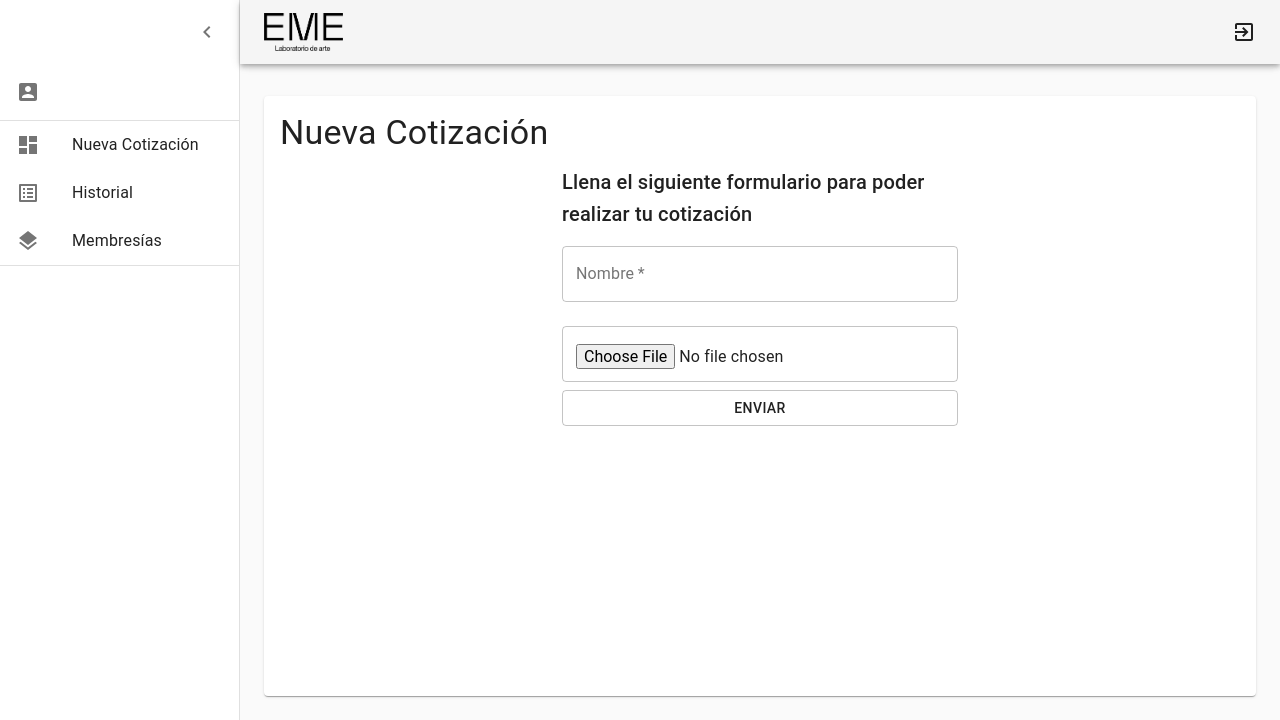
Repository: BrendaCarranco/eme-lab
Page: /Trabajo
These files come from the project's save history. The page is drawn as it stood at one moment and after the next save; the edit follows.
The browser window is 1280 px wide. The pictures show the whole page.
An inner scrolling area shows only its first screen. Some web libraries are served in a nearby version. The project was rebuilt for these pictures with package versions that can differ from the ones it lists, and the page was loaded fresh each time. Also part of the build but not shown: src/components/buildingPage/Building.js, src/temaConfig.js, src/components/buildingPage/Landing.js, src/components/login/Reset.js, src/components/Dashboard/Historial.js, src/components/Dashboard/Membresias.js, src/components/login/ModalPass.js, src/components/login/ModalRegister.js and 5 more. Imported but missing from the stored project, and not drawn on this page: src/components/Dashboard/PaymentForm.

Above is the page before, as saved 2020-08-28 19:43:34.

### public/index.html
<!DOCTYPE html>
<html lang="en">

<head>
  <meta charset="utf-8" />

  <meta name="viewport" content="width=device-width, initial-scale=1" />
  <meta name="theme-color" content="#000000" />
  <meta name="description" content="Web site created using create-react-app" />
  <link rel="icon" type="image/png" href="/eme-icon.png">


  </style>

  <!--
      manifest.json provides metadata used when your web app is installed on a
      user's mobile device or desktop. See https://developers.google.com/web/fundamentals/web-app-manifest/
    -->
  <link rel="manifest" href="%PUBLIC_URL%/manifest.json" />
  <!-- CSS only -->
  <link rel="stylesheet" href="https://stackpath.bootstrapcdn.com/bootstrap/4.5.2/css/bootstrap.min.css"
    integrity="sha384-JcKb8q3iqJ61gNV9KGb8thSsNjpSL0n8PARn9HuZOnIxN0hoP+VmmDGMN5t9UJ0Z" crossorigin="anonymous">

  <!--
      Notice the use of %PUBLIC_URL% in the tags above.
      It will be replaced with the URL of the `public` folder during the build.
      Only files inside the `public` folder can be referenced from the HTML.

      Unlike "/favicon.ico" or "favicon.ico", "%PUBLIC_URL%/favicon.ico" will
      work correctly both with client-side routing and a non-root public URL.
      Learn how to configure a non-root public URL by running `npm run build`.
    -->
  <title>EME Laboratorio de arte</title>
</head>

<body>
  <noscript>You need to enable JavaScript to run this app.</noscript>
  <div id="root"></div>
  <!--
      This HTML file is a template.
      If you open it directly in the browser, you will see an empty page.

      You can add webfonts, meta tags, or analytics to this file.
      The build step will place the bundled scripts into the <body> tag.

      To begin the development, run `npm start` or `yarn start`.
      To create a production bundle, use `npm run build` or `yarn build`.
    -->
  <!-- Compiled and minified JavaScript -->

  <script src="https://code.jquery.com/jquery-3.2.1.slim.min.js"
    integrity="sha384-KJ3o2DKtIkvYIK3UENzmM7KCkRr/rE9/Qpg6aAZGJwFDMVNA/GpGFF93hXpG5KkN"
    crossorigin="anonymous"></script>
  <script src="https://cdnjs.cloudflare.com/ajax/libs/popper.js/1.12.9/umd/popper.min.js"
    integrity="sha384-ApNbgh9B+Y1QKtv3Rn7W3mgPxhU9K/ScQsAP7hUibX39j7fakFPskvXusvfa0b4Q"
    crossorigin="anonymous"></script>
  <script src="https://maxcdn.bootstrapcdn.com/bootstrap/4.0.0/js/bootstrap.min.js"
    integrity="sha384-JZR6Spejh4U02d8jOt6vLEHfe/JQGiRRSQQxSfFWpi1MquVdAyjUar5+76PVCmYl"
    crossorigin="anonymous"></script>
</body>

</html>

### src/App.js
import React, { useEffect, useState, useContext } from 'react';
import { BrowserRouter, Switch, Route } from 'react-router-dom';
import { firebase } from './firebase';
import Building from './components/buildingPage/Building';
import Landing from './components/buildingPage/Landing';
import Reset from './components/login/Reset';
import Dashboard from './components/Dashboard/Dashboard';
import SignInSide from './components/login/SignInSide';
import Admin from './components/admin/Admin';

import { UserContext } from './context/UserProvider';
import NoMember from './components/Dashboard/NoMember';

function App() {

  const [firebaseUser, setFirebaseUser] = useState(null);
  const [fbName, setFbName] = useState('');
  const [fbMail, setFbMail] = useState('');
  const [usersFiles, setUsersFiles] = useState([]);


  const { userProvider } = useContext(UserContext);


  //Observador
  useEffect(() => {
    firebase.auth().onAuthStateChanged(user => {
      console.log(user);
      if (user) {
        setFbName(user.displayName);
        setFbMail(user.email);
        setFirebaseUser(user);
      } else {
        setFirebaseUser(null);
        return;
      }
    });
  }, [firebaseUser]);

  return (
    <BrowserRouter>
      <Switch>
        <Route exact path='/'>
          <Landing />
        </Route>
        {/*
        <Route path='/admin'>
          <Admin usersFiles={usersFiles} />
        </Route> */}

        <Route path='/dashboard'>

          {
            userProvider.role === 'Admin' && <Admin usersFiles={usersFiles} />
          }
          {
            userProvider.role === 'Miembro' && <Dashboard firebaseUser={firebaseUser} setUsersFiles={setUsersFiles} usersFiles={usersFiles} fbMail={fbMail} />
          }
          {
            userProvider.role === 'Invitado' && <NoMember />
          }



        </Route>

        <Route path='/signin'>
          <SignInSide />
        </Route>

        <Route path='/Admin'>
          <Admin />
        </Route>

        <Route path='/Trabajo'>
          <Dashboard />
        </Route>



      </Switch>
    </BrowserRouter>
  );
}

export default App;

### src/context/UserProvider.js
import React, { createContext, useEffect } from 'react';
import { useState } from 'react';
import { firebase } from '../firebase';

export const UserContext = createContext();

const UserProvider = (props) => {

    const dataInitialUser = {
        email: null,
        uid: null,
        role: 'Invitado',
        displayName: null
    };

    const [userProvider, setUserProvider] = useState(dataInitialUser);


    useEffect(() => {
        detectUser();
    }, []);

    const detectUser = () => {
        firebase.auth().onAuthStateChanged(user => {
            if (user) {
                console.log(user, 'user provider');
                user.getIdTokenResult()
                    .then(idTokenResult => {
                        console.log(idTokenResult, 'token');
                        if (!!idTokenResult.claims.Admin) {
                            console.log('es admin');
                            setUserProvider({
                                email: user.email,
                                uid: user.uid,
                                displayName: user.displayName,
                                role: 'Admin'

                            });
                        } else if (!!idTokenResult.claims.Member) {
                            console.log('es miembro');
                            setUserProvider({
                                email: user.email,
                                uid: user.uid,
                                displayName: user.displayName,
                                role: 'Miembro'
                            });
                        } else {
                            console.log('es invitado');
                            setUserProvider({
                                email: user.email,
                                uid: user.uid,
                                displayName: user.displayName,
                                role: 'Invitado'

                            });
                        }
                    }
                    );

            } else {
                console.log(user, 'user provider null');
            }
        });
    };

    const userRegister = async (email, password, name) => {
        try {
            const res = await firebase.auth().createUserWithEmailAndPassword(email, password);
            const collection = await firebase.firestore().collection('usuarios').doc(res.user.email).get();

            if (!collection.exists) {
                await firebase.firestore().collection('usuarios').doc(res.user.email).set({
                    email: res.user.email,
                    uid: res.user.uid,
                    role: 'Invitado',
                    displayName: name
                });
                let current = firebase.auth().currentUser;
                current.updateProfile({
                    displayName: name
                });

            }

        } catch (error) {
            console.log(error);
        }
        firebase.auth().signOut();
    };

    return (
        <UserContext.Provider value={{ userProvider, userRegister }} >
            {props.children}
        </UserContext.Provider>
    );
};

export default UserProvider;

### src/firebase.js
import firebase from 'firebase/app';
import 'firebase/auth';
import 'firebase/firestore';
import 'firebase/storage';
import 'firebase/functions';

const firebaseConfig = {
    apiKey: "AIzaSyB1b8DSEsphXC6iROi09Go8DnzwT9N6RYY",
    authDomain: "eme-lab.firebaseapp.com",
    databaseURL: "https://eme-lab.firebaseio.com",
    projectId: "eme-lab",
    storageBucket: "eme-lab.appspot.com",
    messagingSenderId: "906776180001",
    appId: "1:906776180001:web:939db4508539931fda3a60"
};
// Initialize Firebase
firebase.initializeApp(firebaseConfig);

export { firebase };

### src/components/Dashboard/Dashboard.js
import React, { useState, useContext } from 'react';
import { withRouter } from 'react-router-dom';
import { firebase } from '../../firebase';
import clsx from 'clsx';
import { makeStyles } from '@material-ui/core/styles';
import CssBaseline from '@material-ui/core/CssBaseline';
import Drawer from '@material-ui/core/Drawer';
import Box from '@material-ui/core/Box';
import AppBar from '@material-ui/core/AppBar';
import Toolbar from '@material-ui/core/Toolbar';
import List from '@material-ui/core/List';
import Typography from '@material-ui/core/Typography';
import Divider from '@material-ui/core/Divider';
import IconButton from '@material-ui/core/IconButton';
import Badge from '@material-ui/core/Badge';
import Container from '@material-ui/core/Container';
import Grid from '@material-ui/core/Grid';
import Paper from '@material-ui/core/Paper';
import Link from '@material-ui/core/Link';
import MenuIcon from '@material-ui/icons/Menu';
import ChevronLeftIcon from '@material-ui/icons/ChevronLeft';
import NotificationsIcon from '@material-ui/icons/Notifications';
import ExitToAppIcon from '@material-ui/icons/ExitToApp';
import CardMedia from '@material-ui/core/CardMedia';
import ListAltIcon from '@material-ui/icons/ListAlt';
import LayersIcon from '@material-ui/icons/Layers';
import DashboardIcon from '@material-ui/icons/Dashboard';
import AccountBoxIcon from '@material-ui/icons/AccountBox';
import ListItem from '@material-ui/core/ListItem';
import ListItemIcon from '@material-ui/core/ListItemIcon';
import ListItemText from '@material-ui/core/ListItemText';

import logoeme from '../../img/logoeme.png';
import Cotizacion from './Cotizacion.js';
import Historial from './Historial.js';
import Membresias from './Membresias.js';

import { UserContext } from '../../context/UserProvider';

function Copyright() {
  return (
    <Typography variant="body2" color="textSecondary" align="center">
      {'Copyright © '}
      <Link color="inherit" href="https://material-ui.com/">
        Eme-Lab
      </Link>{' '}
      {new Date().getFullYear()}
      {'.'}
    </Typography>
  );
}

const drawerWidth = 240;

const useStyles = makeStyles((theme) => ({
  root: {
    display: 'flex',
  },
  toolbar: {
    paddingRight: 24, // keep right padding when drawer closed
  },
  toolbarIcon: {
    display: 'flex',
    alignItems: 'center',
    justifyContent: 'flex-end',
    padding: '0 8px',
    ...theme.mixins.toolbar,
  },
  appBar: {
    zIndex: theme.zIndex.drawer + 1,
    transition: theme.transitions.create(['width', 'margin'], {
      easing: theme.transitions.easing.sharp,
      duration: theme.transitions.duration.leavingScreen,
    }),
  },
  appBarShift: {
    marginLeft: drawerWidth,
    width: `calc(100% - ${drawerWidth}px)`,
    transition: theme.transitions.create(['width', 'margin'], {
      easing: theme.transitions.easing.sharp,
      duration: theme.transitions.duration.enteringScreen,
    }),
  },
  menuButton: {
    marginRight: 36,
  },
  menuButtonHidden: {
    display: 'none',
  },
  grow: {
    flexGrow: 1,
  },
  drawerPaper: {
    position: 'relative',
    whiteSpace: 'nowrap',
    width: drawerWidth,
    transition: theme.transitions.create('width', {
      easing: theme.transitions.easing.sharp,
      duration: theme.transitions.duration.enteringScreen,
    }),
  },
  drawerPaperClose: {
    overflowX: 'hidden',
    transition: theme.transitions.create('width', {
      easing: theme.transitions.easing.sharp,
      duration: theme.transitions.duration.leavingScreen,
    }),
    width: theme.spacing(7),
    [theme.breakpoints.up('sm')]: {
      width: theme.spacing(9),
    },
  },
  appBarSpacer: theme.mixins.toolbar,
  content: {
    flexGrow: 1,
    height: '100vh',
    overflow: 'auto',
  },
  container: {
    paddingTop: theme.spacing(4),
    paddingBottom: theme.spacing(4),
  },
  paper: {
    padding: theme.spacing(2),
    display: 'flex',
    overflow: 'auto',
    flexDirection: 'column',
  },
  logo: {
    height: '3%',
    width: '8%',
  },
  fixedHeight: {
    height: 600,
  },
}));

const Dashboard = ({ firebaseUser, history, setUsersFiles, usersFiles, fbMail }) => {
  const classes = useStyles();
  const [open, setOpen] = useState(true);
  const [newCot, setNewCot] = useState(true);
  const [newHistory, setNewHistory] = useState(false);
  const [newMeber, setNewMember] = useState(false);

  const { userProvider } = useContext(UserContext);

  const userLogout = () => {
    firebase.auth().signOut();
    history.push('/signin');

    console.log('cerrando sesión');
  };

  const handleDrawerOpen = () => {
    setOpen(true);
  };
  const handleDrawerClose = () => {
    setOpen(false);
  };

  const handleNewCot = () => {
    setNewCot(true);
    setNewHistory(false);
    setNewMember(false);
  };

  const handleHistory = () => {
    setNewHistory(true);
    setNewCot(false);
    setNewMember(false);

  };

  const handleMember = () => {
    setNewMember(true);
    setNewHistory(false);
    setNewCot(false);
  };

  const fixedHeightPaper = clsx(classes.paper, classes.fixedHeight);

  return (
    <div className={classes.root}>
      <CssBaseline />
      <AppBar color="default" position="absolute" className={clsx(classes.appBar, open && classes.appBarShift)}>
        <Toolbar className={classes.toolbar}>
          <IconButton
            edge="start"
            color="inherit"
            aria-label="open drawer"
            onClick={handleDrawerOpen}
            className={clsx(classes.menuButton, open && classes.menuButtonHidden)}
          >
            <MenuIcon />
          </IconButton>
          <CardMedia
            title="logo"
            image={logoeme}
            className={classes.logo}
            component="img"
            noWrap
          />
          <div className={classes.grow} />

          <IconButton color="inherit" edge="end" onClick={userLogout}>
            <Badge color="secondary">
              <ExitToAppIcon />
            </Badge>
          </IconButton>
        </Toolbar>
      </AppBar>
      <Drawer
        variant="permanent"
        classes={{
          paper: clsx(classes.drawerPaper, !open && classes.drawerPaperClose),
        }}
        open={open}
      >
        <div className={classes.toolbarIcon}>
          <IconButton onClick={handleDrawerClose}>
            <ChevronLeftIcon />
          </IconButton>
        </div>
        <List>
          <ListItem>
            <ListItemIcon>
              <AccountBoxIcon />
            </ListItemIcon>
            <Typography variant="h6" color="initial">
              {userProvider.displayName}
            </Typography>
          </ListItem>
        </List>
        <Divider />
        <ListItem button onClick={handleNewCot} >
          <ListItemIcon>
            <DashboardIcon />
          </ListItemIcon>
          <ListItemText primary="Nueva Cotización" />
        </ListItem>

        <ListItem button onClick={handleHistory}>
          <ListItemIcon>
            <ListAltIcon />
          </ListItemIcon>
          <ListItemText primary="Historial" />
        </ListItem>

        <ListItem button onClick={handleMember}>
          <ListItemIcon>
            <LayersIcon />
          </ListItemIcon>
          <ListItemText primary="Membresías" />
        </ListItem>

        <Divider />
      </Drawer >

      <main className={classes.content}>
        <div className={classes.appBarSpacer} />
        <Container maxWidth="lg" className={classes.container}>
          <Grid container spacing={3}>
            {
              newCot ? (
                <Grid item xs={12} md={12} lg={12}>
                  <Paper className={fixedHeightPaper}>
                    <Cotizacion firebaseUser={firebaseUser} setUsersFiles={setUsersFiles} usersFiles={usersFiles} />
                  </Paper>
                </Grid>) : (null)
            }
            {
              newHistory ? (
                <Grid item xs={12}>
                  <Paper className={classes.paper}>
                    <Historial setUsersFiles={setUsersFiles} usersFiles={usersFiles} fbMail={fbMail} />
                  </Paper>
                </Grid>) : (null)
            }
            {
              newMeber ? (
                <Grid item xs={12}>
                  <Paper className={classes.paper}>
                    <Membresias />
                  </Paper>
                </Grid>) : (null)
            }
          </Grid>
          <Box pt={4}>
            <Copyright />
          </Box>
        </Container>
      </main>
    </div >
  );
};
export default withRouter(Dashboard);

### src/components/Dashboard/Cotizacion.js
import React, { useState } from 'react';
import { firebase } from '../../firebase';
import moment from 'moment';
import 'moment/locale/es';

import Container from '@material-ui/core/Container';
import { makeStyles } from '@material-ui/core/styles';
import Typography from '@material-ui/core/Typography';
import Title from './Title';
import TextField from '@material-ui/core/TextField';
import Button from '@material-ui/core/Button';

const useStyles = makeStyles({
  depositContext: {
    flex: 1,
  },
});

const Cotizacion = ({ firebaseUser, setUsersFiles, usersFiles }) => {
  const [fileUrl, setFileUrl] = useState(null);
  const [input, setInput] = useState('');
  //const [usersFiles, setUsersFiles] = useState([]);

  let time = Date.now();
  let timeFormat = moment(time).format('LLL');

  const handleChangeFile = async e => {
    const file = e.target.files[0];
    const storageRef = firebase.storage().ref('Cotizaciones').child(firebaseUser.email);
    const fileRef = storageRef.child(file.name);
    await fileRef.put(file);
    setFileUrl(await fileRef.getDownloadURL());
  };

  const handleSubmit = e => {
    e.preventDefault();
    //console.log('submit');

    const username = e.target.username.value;
    setInput(username);
    if (!username) {
      return;
    }

    const newUserFile = {
      name: username,
      fileLink: fileUrl,
      date: timeFormat,
      email: firebaseUser.email,
      user: firebaseUser.displayName,
      status: 'Pendiente'
    };
    //esta sube la imegen
    firebase.firestore().collection('files').doc().set(newUserFile);
    setUsersFiles([
      ...usersFiles,
      { ...newUserFile }

    ]);
    setInput('');
    setFileUrl('');
    return alert('archivo subido');
  };

  /*   const emailUpdate = async () => {
      const a = await firebase.auth().onAuthStateChanged(function (user) {
        if (user) {
          setUserEmail(user.email);
          return;
          // User is signed in.
        } else {
          return;
        }
      });
    };
    emailUpdate();

    useEffect(() => {
      const fetchUsersFiles = async () => {
        const usersFilesCollection = await firebase.firestore().collection('files').where("email", "==", userEmail).get();
        setUsersFiles(usersFilesCollection.docs.map(doc => {
          return doc.data();
        }));
      };
      fetchUsersFiles();
    }, [setUsersFiles, userEmail]);

    console.log(usersFiles); */


  return (
    <React.Fragment>
      <Title>Nueva Cotización</Title>
      <Container maxWidth="xs">
        <Typography variant="h6" color="initial">
          Llena el siguiente formulario para poder realizar tu cotización
       </Typography>
        <form onSubmit={handleSubmit}>
          <TextField
            variant="outlined"
            margin="normal"
            required
            fullWidth
            id="outlined-basic"
            label="Nombre"
            name='username'
            onChange={e => setInput(e.target.value)}
            value={input}

          />
          <TextField
            variant="outlined"
            margin="normal"
            required
            fullWidth
            id="outlined-basic"
            name='file'
            type='file'
            onChange={handleChangeFile}
          />
          <Button
            type="submit"
            fullWidth
            variant="outlined"
            color="default"
          >Enviar</Button>



        </form>
      </Container>
    </React.Fragment>


  );
};

export default Cotizacion;

### src/components/Dashboard/Title.js

import React from 'react';
import PropTypes from 'prop-types';
import Typography from '@material-ui/core/Typography';

export default function Title(props) {
  return (
    <Typography component="h2" variant="h4" color="default" gutterBottom>
      {props.children}
    </Typography>
  );
}

Title.propTypes = {
  children: PropTypes.node,
};

### src/components/Dashboard/PaperForm.js
import React from 'react';
import Grid from '@material-ui/core/Grid';
import Typography from '@material-ui/core/Typography';
import TextField from '@material-ui/core/TextField';
import FormControlLabel from '@material-ui/core/FormControlLabel';
import Checkbox from '@material-ui/core/Checkbox';

export default function PaperForm() {
  return (
    <React.Fragment>
      <Typography variant="h6" gutterBottom>
        Shipping address
      </Typography>
      <Grid container spacing={3}>
        <Grid item xs={12} sm={6}>
          <TextField
            required
            id="firstName"
            name="firstName"
            label="First name"
            fullWidth
            autoComplete="given-name"
          />
        </Grid>
        <Grid item xs={12} sm={6}>
          <TextField
            required
            id="lastName"
            name="lastName"
            label="Last name"
            fullWidth
            autoComplete="family-name"
          />
        </Grid>
        <Grid item xs={12}>
          <TextField
            required
            id="address1"
            name="address1"
            label="Address line 1"
            fullWidth
            autoComplete="shipping address-line1"
          />
        </Grid>
        <Grid item xs={12}>
          <TextField
            id="address2"
            name="address2"
            label="Address line 2"
            fullWidth
            autoComplete="shipping address-line2"
          />
        </Grid>
        <Grid item xs={12} sm={6}>
          <TextField
            required
            id="city"
            name="city"
            label="City"
            fullWidth
            autoComplete="shipping address-level2"
          />
        </Grid>
        <Grid item xs={12} sm={6}>
          <TextField id="state" name="state" label="State/Province/Region" fullWidth />
        </Grid>
        <Grid item xs={12} sm={6}>
          <TextField
            required
            id="zip"
            name="zip"
            label="Zip / Postal code"
            fullWidth
            autoComplete="shipping postal-code"
          />
        </Grid>
        <Grid item xs={12} sm={6}>
          <TextField
            required
            id="country"
            name="country"
            label="Country"
            fullWidth
            autoComplete="shipping country"
          />
        </Grid>
        <Grid item xs={12}>
          <FormControlLabel
            control={<Checkbox color="secondary" name="saveAddress" value="yes" />}
            label="Use this address for payment details"
          />
        </Grid>
      </Grid>
    </React.Fragment>
  );
}

Loaded but not shown: src/index.js (common file); src/index.css (common file); src/serviceWorker.js (common file); src/components/Dashboard/Chekout.js (153 lines, source omitted)

After the next save:
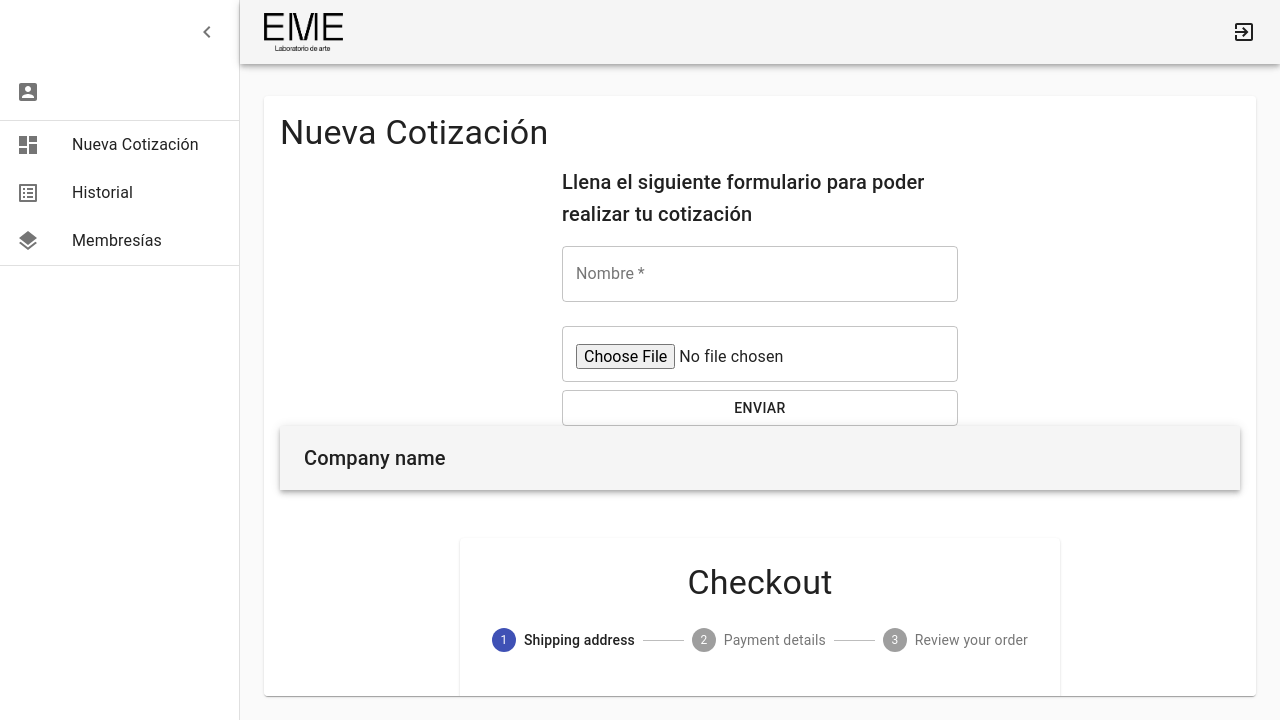
Saved 70 s later.
--- a/src/components/Dashboard/Dashboard.js
+++ b/src/components/Dashboard/Dashboard.js
@@ -34,6 +34,7 @@ import logoeme from '../../img/logoeme.png';
 import Cotizacion from './Cotizacion.js';
 import Historial from './Historial.js';
 import Membresias from './Membresias.js';
+import Chekout from './Chekout.js';
 
 import { UserContext } from '../../context/UserProvider';
 
@@ -265,6 +266,7 @@ const Dashboard = ({ firebaseUser, history, setUsersFiles, usersFiles, fbMail })
                 <Grid item xs={12} md={12} lg={12}>
                   <Paper className={fixedHeightPaper}>
                     <Cotizacion firebaseUser={firebaseUser} setUsersFiles={setUsersFiles} usersFiles={usersFiles} />
+                    <Chekout/>
                   </Paper>
                 </Grid>) : (null)
             }
